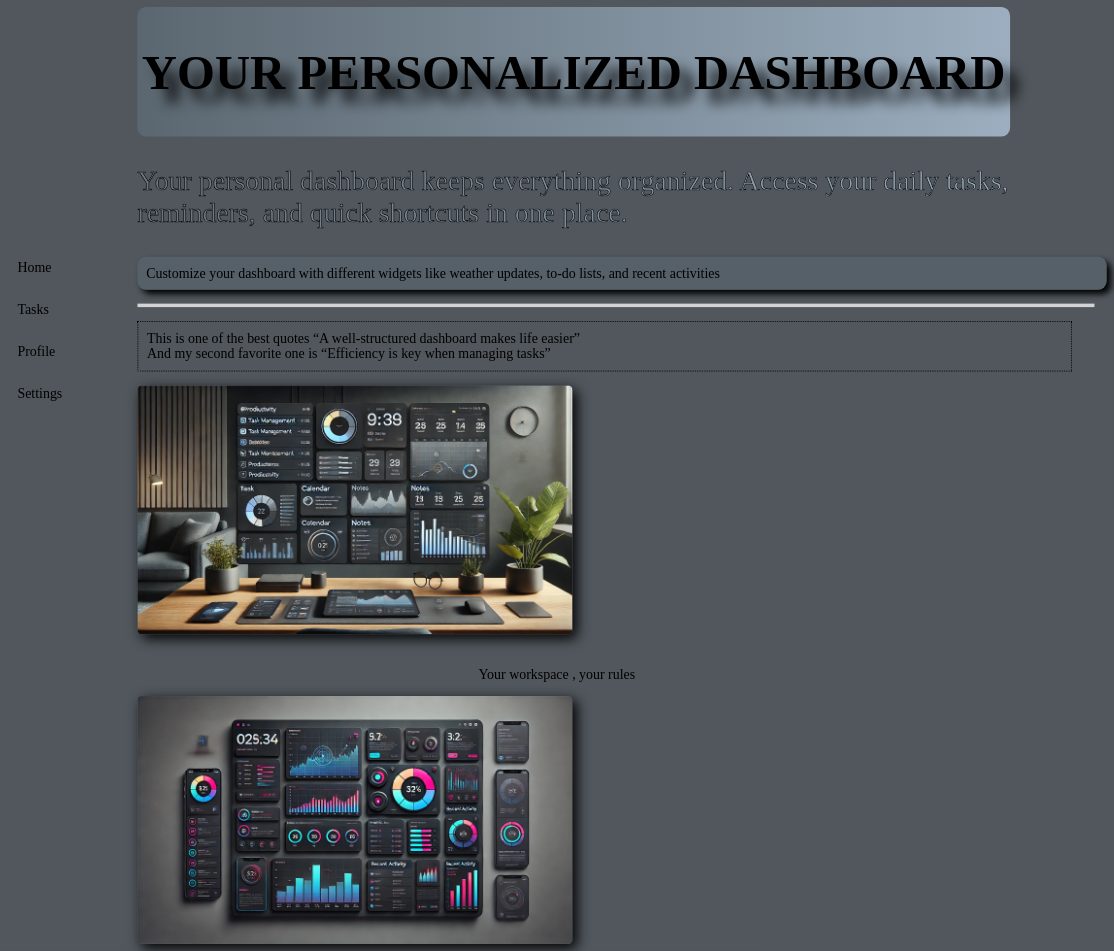
Repository: Parnicoza/testecomplete
Page: testcomplet-14.html
An editor plug-in stored every save of this project. The page is shown before and after the next save, followed by the edit.
The browser window is 1280 px wide. The pictures show the whole page, at 87% of full size.

Above is the page before, as saved 2025-02-26 15:15:11.

After the next save:
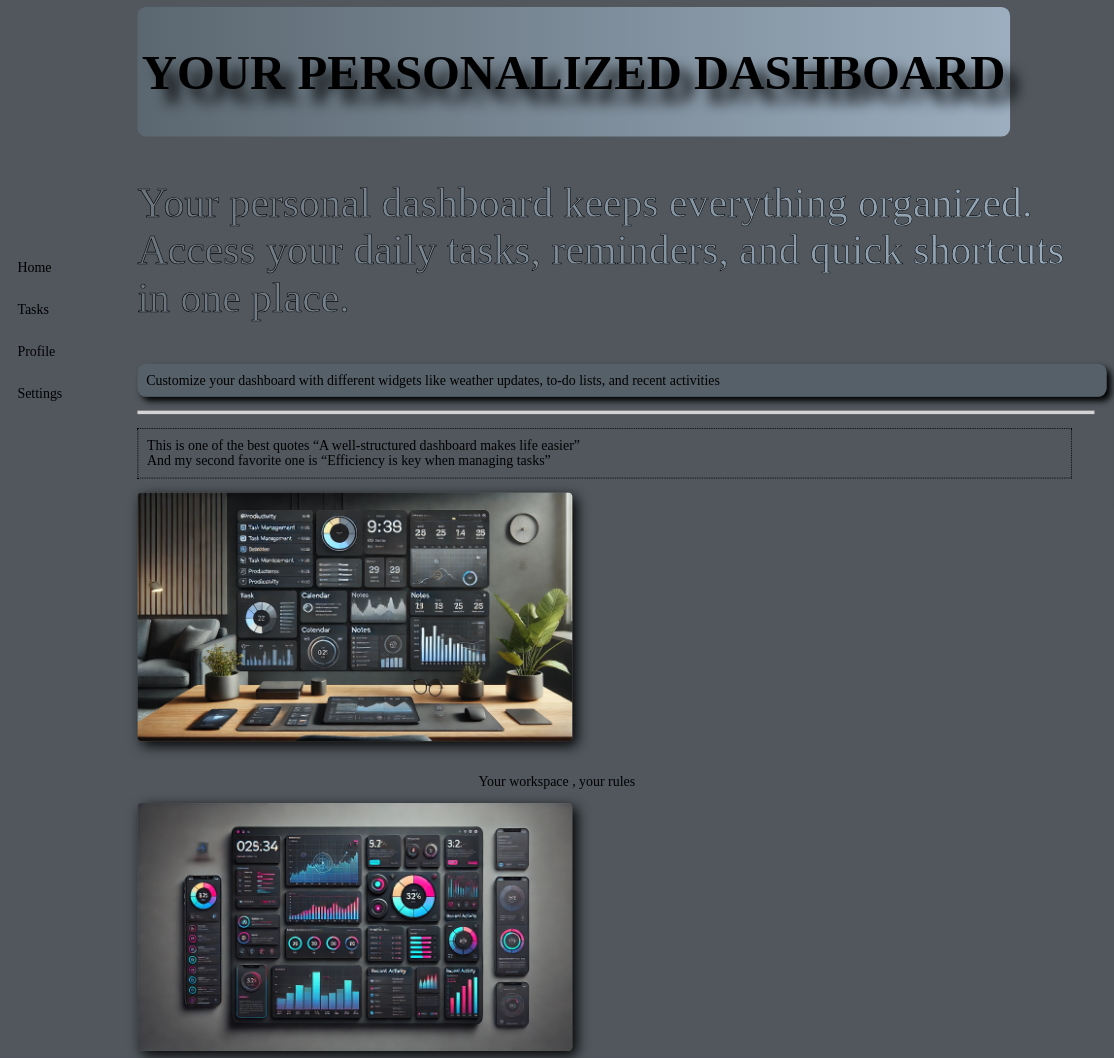
Saved 33 s later.
--- a/stilizaretestcomplet-14.css
+++ b/stilizaretestcomplet-14.css
@@ -23,7 +23,7 @@ body{
     background: linear-gradient(to right, #6A747D, #9BAEBF);
     background-clip: text;
     color: transparent;
-    font-size: 2em;
+    font-size: 3em;
     margin-left: 150px;
     -webkit-text-stroke: 0.7px black;
 }
